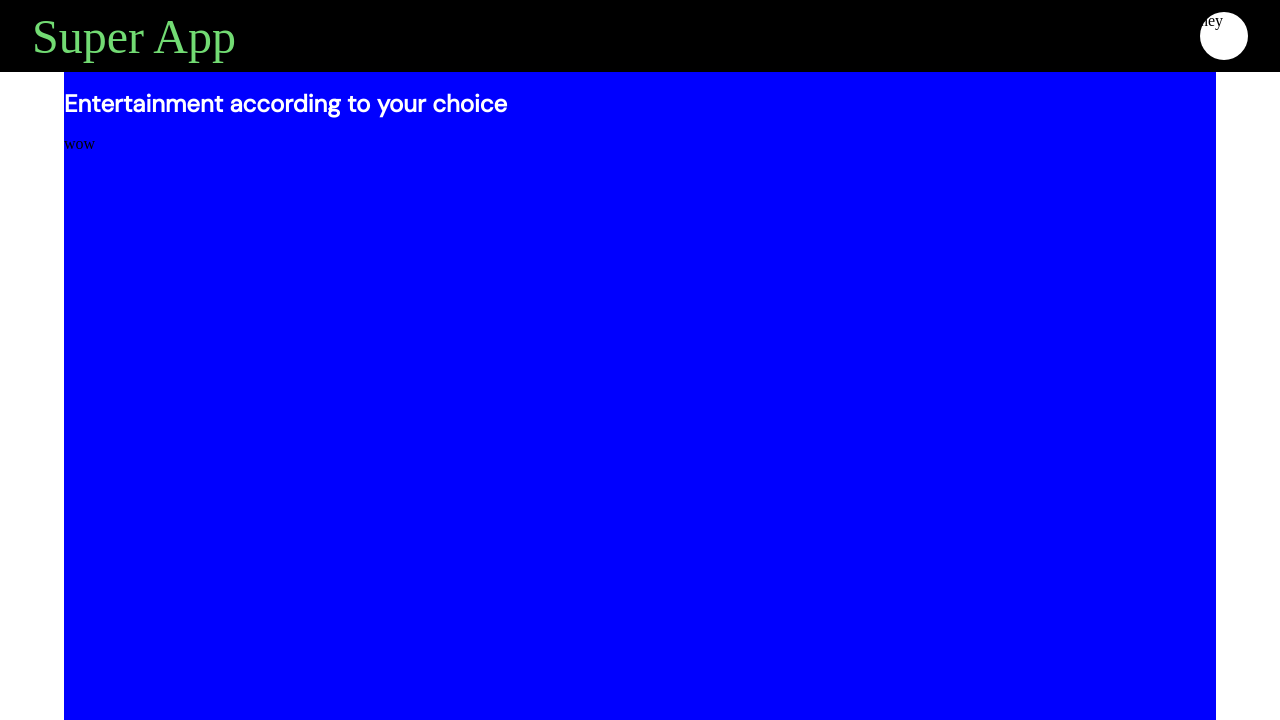
Repository: drumsmanku/react-capstone-project-2
Page: /browse
An editor plug-in stored every save of this project. The page is shown before and after the next save, followed by the edit.
The browser window is 1280 px wide. The pictures show the whole page.
Some web fonts or font styles are not loaded; a fallback is used. The project was rebuilt for these pictures with package versions that can differ from the ones it lists, and the page was loaded fresh each time. Also part of the build but not shown: src/components/RegistrationPage.js, src/components/SubmitSuccess.js, src/components/CategoriesPage.js, src/components/WeatherandNews.js.

Above is the page before, as saved 2023-06-01 19:16:38.

After the next save:
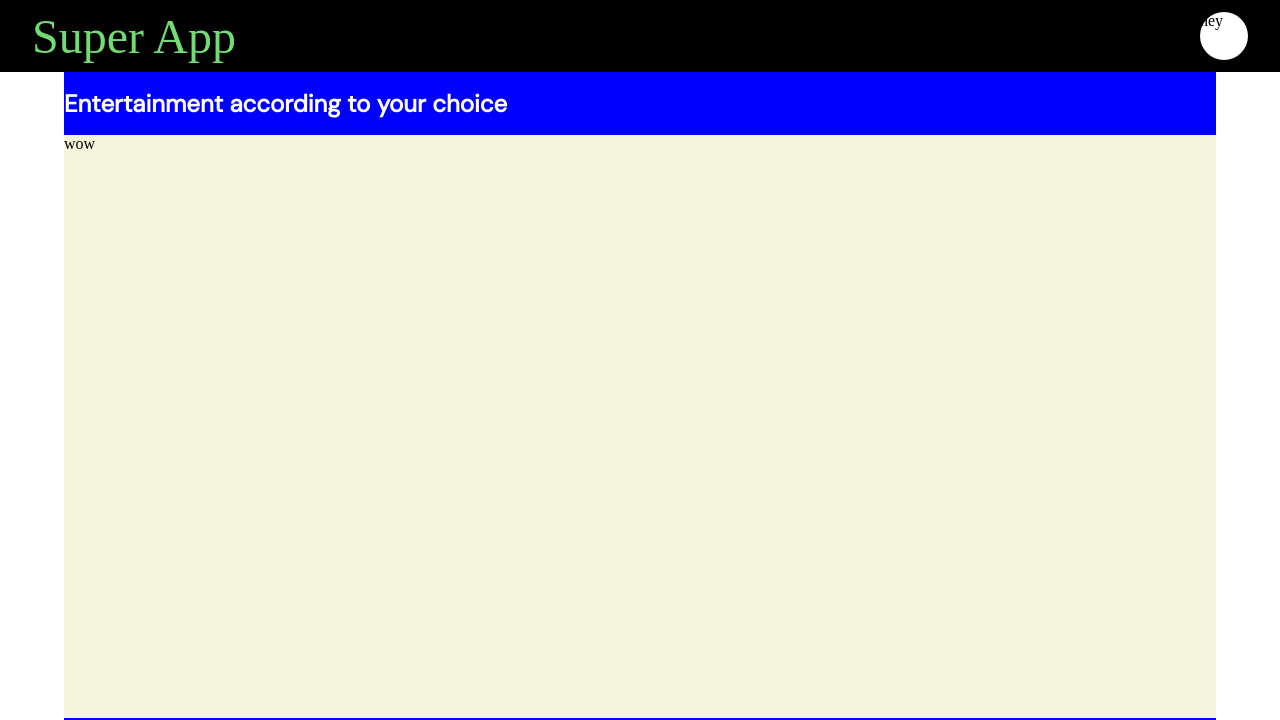
Saved 104 s later.
--- a/src/components/BrowseCategories.css
+++ b/src/components/BrowseCategories.css
@@ -49,3 +49,8 @@
   color: white;
   font-size: 1.5rem;
 }
+.category-elements-b{
+  width: 100%;
+  height: 90%;
+  background-color: beige;
+}
